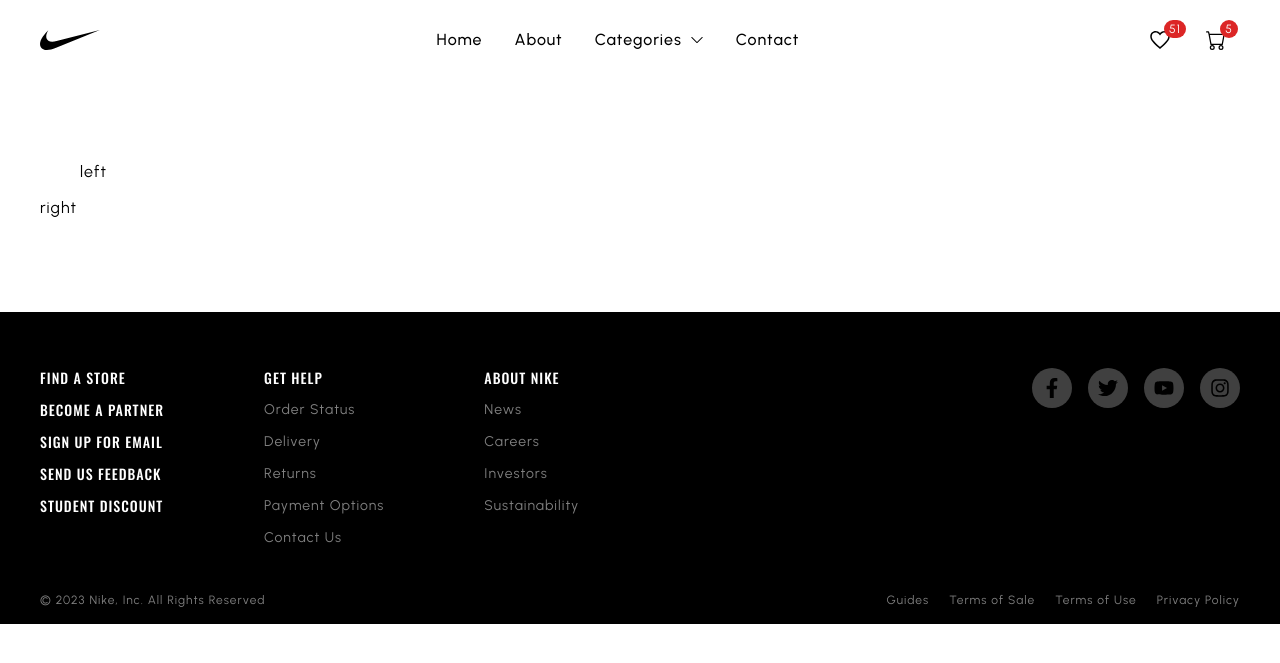
Repository: ducanhaep/shoe-store-frontend
Page: /product/1
The author's editor kept a copy of each file at every save. The page is drawn from the files as they stood at one save, then again after the next save.
The browser window is 1280 px wide. The pictures show the whole page.
The project was rebuilt for these pictures with package versions that can differ from the ones it lists, and the page was loaded fresh each time. The framework's server and built-in components were replaced by stand-ins that run in the browser. Also part of the build but not shown: next.config.js, components/MenuMobile.jsx.

Above is the page before, as saved 2023-04-12 04:56:37.

### pages/_app.js
import "@/styles/globals.css";
import Head from "next/head";

import Header from "@/components/Header";
import Footer from "@/components/Footer";

export default function App({ Component, pageProps }) {
  return (
    <>
      <Head>
        <title>Online Shoe Store</title>
        <meta name="description" content="Generated by create next app" />
        <meta name="viewport" content="width=device-width, initial-scale=1" />
        <link rel="icon" href="/favicon.ico" />
        <link rel="preconnect" href="https://fonts.googleapis.com" />
        <link
          rel="preconnect"
          href="https://fonts.gstatic.com"
          crossOrigin="true"
        />
        <link
          href="https://fonts.googleapis.com/css2?family=Oswald:wght@200;300;400;500;600;700&family=Urbanist:ital,wght@0,100;0,200;0,300;0,400;0,500;0,600;0,700;0,800;0,900;1,100;1,200;1,300;1,400;1,500;1,600;1,700;1,800;1,900&display=swap"
          rel="stylesheet"
        />
      </Head>
      <Header />
      <Component {...pageProps} />
      <Footer />
    </>
  );
}

### pages/_document.js
import { Html, Head, Main, NextScript } from "next/document";

export default function Document() {
  return (
    <Html lang="en">
      <Head>
        <link rel="icon" href="/favicon.ico" />
        <link rel="preconnect" href="https://fonts.googleapis.com" />
        <link
          rel="preconnect"
          href="https://fonts.gstatic.com"
          crossOrigin="true"
        />
        <link
          href="https://fonts.googleapis.com/css2?family=Oswald:wght@200;300;400;500;600;700&family=Urbanist:ital,wght@0,100;0,200;0,300;0,400;0,500;0,600;0,700;0,800;0,900;1,100;1,200;1,300;1,400;1,500;1,600;1,700;1,800;1,900&display=swap"
          rel="stylesheet"
        />
      </Head>
      <body>
        <Main />
        <NextScript />
      </body>
    </Html>
  );
}

### pages/product/[slug].js
import Wrapper from "@/components/Wrapper";

export default function ProductDetails() {
  return (
    <div className="w-full md:py-20">
      <Wrapper>
        <div className="flex flex-col gap-[50px] md:px-10 lg:flex-row lg:gap-[100px]">
          <div className="mx-auto w-full max-w-[500px] flex-[1.5] md:w-auto lg:mx-0 lg:max-w-full">
            left
          </div>
        </div>
        <div className="flex-[1] py-3">right</div>
      </Wrapper>
    </div>
  );
}

### components/Header.jsx
import React, { useEffect, useState } from "react";
import Wrapper from "./Wrapper";
import Link from "next/link";
import Menu from "./Menu";

import { IoMdHeartEmpty } from "react-icons/io";
import { BsCart } from "react-icons/bs";
import { BiMenuAltRight } from "react-icons/bi";
import { VscChromeClose } from "react-icons/vsc";
import MenuMobile from "./MenuMobile";

const Header = () => {
  const [mobileMenu, setMobileMenu] = useState(false);
  const [showCatMenu, setShowCatMenu] = useState(false);
  const [show, setShow] = useState("translate-y-0");
  const [lastScrollY, setLastScrollY] = useState(0);
  const [categories, setCategories] = useState(null);

  useEffect(() => {
    const controlNavbar = () => {
      if (window.scrollY > 200) {
        if (window.scrollY > lastScrollY) {
          setShow("-translate-y-[80px]");
        } else {
          setShow("shadow-sm");
        }
      } else {
        setShow("translate-y-0");
      }
      setLastScrollY(window.scrollY);
    };

    window.addEventListener("scroll", controlNavbar);
    return () => {
      window.removeEventListener("scroll", controlNavbar);
    };
  }, [lastScrollY]);

  return (
    <header
      className={`sticky top-0 z-20 flex h-[50px] w-full items-center justify-between bg-white transition-transform duration-300 md:h-[80px] ${show}`}
    >
      <Wrapper className="flex h-[60px] items-center justify-between">
        <Link href="/">
          <img src="/logo.svg" className="w-[40px] md:w-[60px]" />
        </Link>
        <Menu showCatMenu={showCatMenu} setShowCatMenu={setShowCatMenu} />
        {mobileMenu && (
          <MenuMobile
            showCatMenu={showCatMenu}
            setShowCatMenu={setShowCatMenu}
            setMobileMenu={setMobileMenu}
          />
        )}

        <div className="flex items-center gap-2 text-black">
          {/* Icon start */}
          <div className="relative flex h-8 w-8 cursor-pointer items-center justify-center rounded-full hover:bg-black/[0.05] md:h-12 md:w-12">
            <IoMdHeartEmpty className="text-[19px] md:text-[24px]" />
            <div className="absolute top-1 left-5 flex h-[14px] min-w-[14px] items-center justify-center rounded-full bg-red-600 px-[2px] text-[10px] text-white md:left-7 md:h-[18px] md:min-w-[18px] md:px-[5px] md:text-[12px]">
              51
            </div>
          </div>

          <div className="relative flex h-8 w-8 cursor-pointer items-center justify-center rounded-full hover:bg-black/[0.05] md:h-12 md:w-12">
            <BsCart className="text-[15px] md:text-[20px]" />
            <div className="absolute top-1 left-5 flex h-[14px] min-w-[14px] items-center justify-center rounded-full bg-red-600 px-[2px] text-[10px] text-white md:left-7 md:h-[18px] md:min-w-[18px] md:px-[5px] md:text-[12px]">
              5
            </div>
          </div>
          {/* Icon End */}

          {/* Mobile Icon Start */}
          <div className="relative -mr-2 flex h-8 w-8 cursor-pointer items-center justify-center rounded-full hover:bg-black/[0.05] md:hidden md:h-12 md:w-12">
            {mobileMenu ? (
              <VscChromeClose
                className="text-[16px]"
                onClick={() => setMobileMenu(false)}
              />
            ) : (
              <BiMenuAltRight
                className="text-[20px]"
                onClick={() => setMobileMenu(true)}
              />
            )}
          </div>
          {/* Mobile Icon End */}
        </div>
      </Wrapper>
    </header>
  );
};

export default Header;

### components/Footer.jsx
import Link from "next/link";
import React from "react";
import { FaFacebookF, FaTwitter, FaYoutube, FaInstagram } from "react-icons/fa";
import Wrapper from "./Wrapper";

export default function Footer() {
  return (
    <footer className="bg-black pt-14 pb-3 text-white">
      <Wrapper className="flex flex-col justify-between gap-[50px] md:flex-row md:gap-0">
        {/* LEFT START */}
        <div className="flex flex-col gap-[50px] md:flex-row md:gap-[75px] lg:gap-[100px]">
          {/* MENU START */}
          <div className="flex shrink-0 flex-col gap-3">
            <div className="cursor-pointer font-oswald text-sm font-medium uppercase">
              Find a store
            </div>
            <div className="cursor-pointer font-oswald text-sm font-medium uppercase">
              become a partner
            </div>
            <div className="cursor-pointer font-oswald text-sm font-medium uppercase">
              sign up for email
            </div>
            <div className="cursor-pointer font-oswald text-sm font-medium uppercase">
              send us feedback
            </div>
            <div className="cursor-pointer font-oswald text-sm font-medium uppercase">
              student discount
            </div>
          </div>
          {/* MENU END */}

          {/* NORMAL MENU START */}
          <div className="flex shrink-0 gap-[50px] md:gap-[75px] lg:gap-[100px]">
            {/* MENU START */}
            <div className="flex flex-col gap-3">
              <div className="font-oswald text-sm font-medium uppercase">
                get help
              </div>
              <div className="cursor-pointer text-sm text-white/[0.5] hover:text-white">
                Order Status
              </div>
              <div className="cursor-pointer text-sm text-white/[0.5] hover:text-white">
                Delivery
              </div>
              <div className="cursor-pointer text-sm text-white/[0.5] hover:text-white">
                Returns
              </div>
              <div className="cursor-pointer text-sm text-white/[0.5] hover:text-white">
                Payment Options
              </div>
              <div className="cursor-pointer text-sm text-white/[0.5] hover:text-white">
                Contact Us
              </div>
            </div>
            {/* MENU END */}

            {/* MENU START */}
            <div className="flex flex-col gap-3">
              <div className="font-oswald text-sm font-medium uppercase">
                About nike
              </div>
              <div className="cursor-pointer text-sm text-white/[0.5] hover:text-white">
                News
              </div>
              <div className="cursor-pointer text-sm text-white/[0.5] hover:text-white">
                Careers
              </div>
              <div className="cursor-pointer text-sm text-white/[0.5] hover:text-white">
                Investors
              </div>
              <div className="cursor-pointer text-sm text-white/[0.5] hover:text-white">
                Sustainability
              </div>
            </div>
            {/* MENU END */}
          </div>
          {/* NORMAL MENU END */}
        </div>
        {/* LEFT END */}

        {/* RIGHT START */}
        <div className="flex justify-center gap-4 md:justify-start">
          <div
            onClick={() => window.open("https://facebook.com", "_blank")}
            className="flex h-10 w-10 cursor-pointer items-center justify-center rounded-full bg-white/[0.25] text-black hover:bg-white/[0.5]"
          >
            <FaFacebookF size={20} />
          </div>
          <Link
            href="https://twitter.com"
            target="_blank"
            className="flex h-10 w-10 cursor-pointer items-center justify-center rounded-full bg-white/[0.25] text-black hover:bg-white/[0.5]"
          >
            <FaTwitter size={20} />
          </Link>
          <div className="flex h-10 w-10 cursor-pointer items-center justify-center rounded-full bg-white/[0.25] text-black hover:bg-white/[0.5]">
            <FaYoutube size={20} />
          </div>
          <div className="flex h-10 w-10 cursor-pointer items-center justify-center rounded-full bg-white/[0.25] text-black hover:bg-white/[0.5]">
            <FaInstagram size={20} />
          </div>
        </div>
        {/* RIGHT END */}
      </Wrapper>
      <Wrapper className="mt-10 flex flex-col justify-between gap-[10px] md:flex-row md:gap-0">
        {/* LEFT START */}
        <div className="cursor-pointer text-center text-[12px] text-white/[0.5] hover:text-white md:text-left">
          © 2023 Nike, Inc. All Rights Reserved
        </div>
        {/* LEFT END */}

        {/* RIGHT START */}
        <div className="flex flex-wrap justify-center gap-2 text-center md:gap-5 md:text-left">
          <div className="cursor-pointer text-[12px] text-white/[0.5] hover:text-white">
            Guides
          </div>
          <div className="cursor-pointer text-[12px] text-white/[0.5] hover:text-white">
            Terms of Sale
          </div>
          <div className="cursor-pointer text-[12px] text-white/[0.5] hover:text-white">
            Terms of Use
          </div>
          <div className="cursor-pointer text-[12px] text-white/[0.5] hover:text-white">
            Privacy Policy
          </div>
        </div>
        {/* RIGHT END */}
      </Wrapper>
    </footer>
  );
}

### components/Wrapper.jsx
export default function Wrapper({ children, className }) {
  return (
    <div
      className={`mx-auto w-full max-w-[1280px] px-5 md:px-10 ${
        className || ""
      }`}
    >
      {children}
    </div>
  );
}

### components/Menu.jsx
import Link from "next/link";
import React from "react";
import { BsChevronDown } from "react-icons/bs";

const data = [
  { id: 1, name: "Home", url: "/" },
  { id: 2, name: "About", url: "/about" },
  { id: 3, name: "Categories", subMenu: true },
  { id: 4, name: "Contact", url: "/contact" },
];

const subMenuData = [
  { id: 1, name: "Jordan", doc_count: 11 },
  { id: 2, name: "Sneakers", doc_count: 8 },
  { id: 3, name: "Running shoes", doc_count: 64 },
  { id: 4, name: "Football shoes", doc_count: 107 },
];
export default function Menu({ showCatMenu, setShowCatMenu }) {
  return (
    <ul className="hidden items-center gap-8 font-medium text-black md:flex">
      {data.map((item) => {
        return (
          <React.Fragment key={item.id}>
            {!!item?.subMenu ? (
              <li
                className="relative flex cursor-pointer items-center gap-2"
                onMouseEnter={() => setShowCatMenu(true)}
                onMouseLeave={() => setShowCatMenu(false)}
              >
                {item.name}
                <BsChevronDown size={14} />

                {showCatMenu && (
                  <ul className="absolute top-6 left-0 min-w-[250px] bg-white px-1 py-1 text-black shadow-lg">
                    {subMenuData.map((subMenu, index) => {
                      return (
                        <Link
                          key={index}
                          href="/"
                          onClick={() => setShowCatMenu(false)}
                        >
                          <li className="flex h-12 items-center justify-between rounded-md px-3 hover:bg-black/[0.03]">
                            {subMenu?.name}
                            <span className="text-sm opacity-50">
                              {subMenu?.doc_count}
                            </span>
                          </li>
                        </Link>
                      );
                    })}
                  </ul>
                )}
              </li>
            ) : (
              <li className="cursor-pointer">
                <Link href={item?.url}>{item.name}</Link>
              </li>
            )}
          </React.Fragment>
        );
      })}
    </ul>
  );
}

### tailwind.config.js
/** @type {import('tailwindcss').Config} */
module.exports = {
  content: [
    "./app/**/*.{js,ts,jsx,tsx}",
    "./pages/**/*.{js,ts,jsx,tsx}",
    "./components/**/*.{js,ts,jsx,tsx}",

    // Or if using `src` directory:
    "./src/**/*.{js,ts,jsx,tsx}",
  ],
  theme: {
    fontFamily: {
      oswald: "Oswald, sans-serif",
      urbanist: "Urbanist, sans-serif",
    },
    extend: {},
  },
  plugins: [],
};

Loaded but not shown: styles/globals.css (common file)

After the next save:
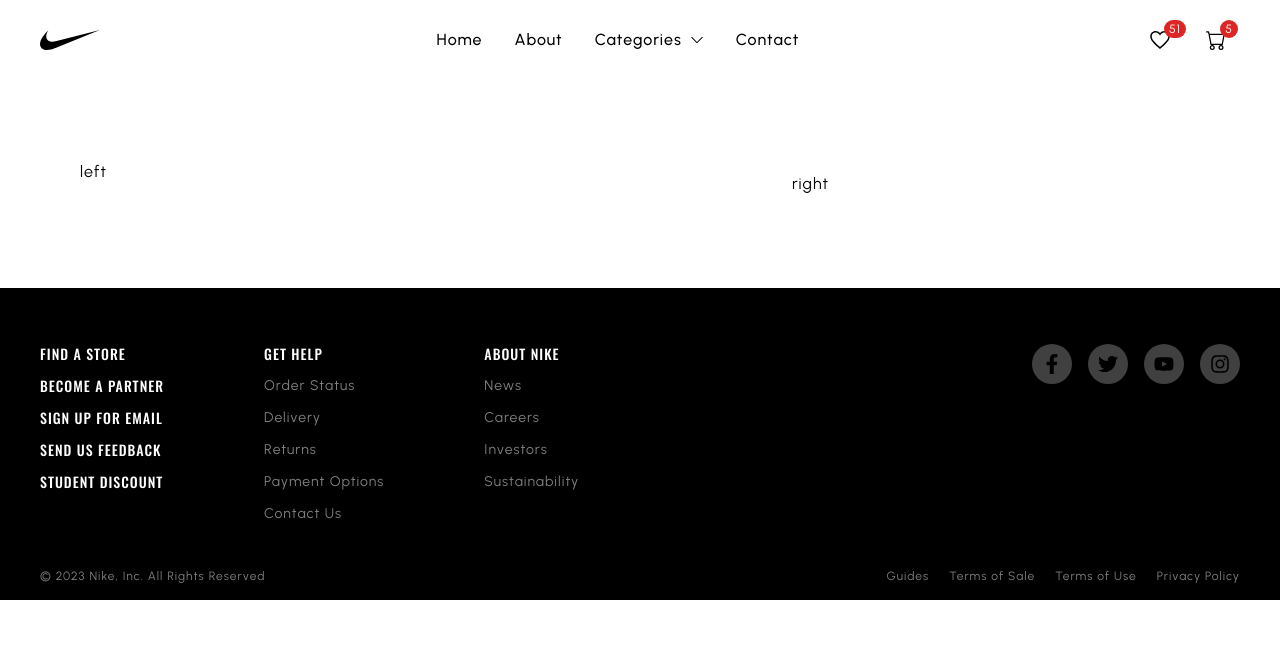
Saved 11 s later.
--- a/pages/product/[slug].js
+++ b/pages/product/[slug].js
@@ -8,8 +8,8 @@
           <div className="mx-auto w-full max-w-[500px] flex-[1.5] md:w-auto lg:mx-0 lg:max-w-full">
             left
           </div>
+          <div className="flex-[1] py-3">right</div>
         </div>
-        <div className="flex-[1] py-3">right</div>
       </Wrapper>
     </div>
   );
